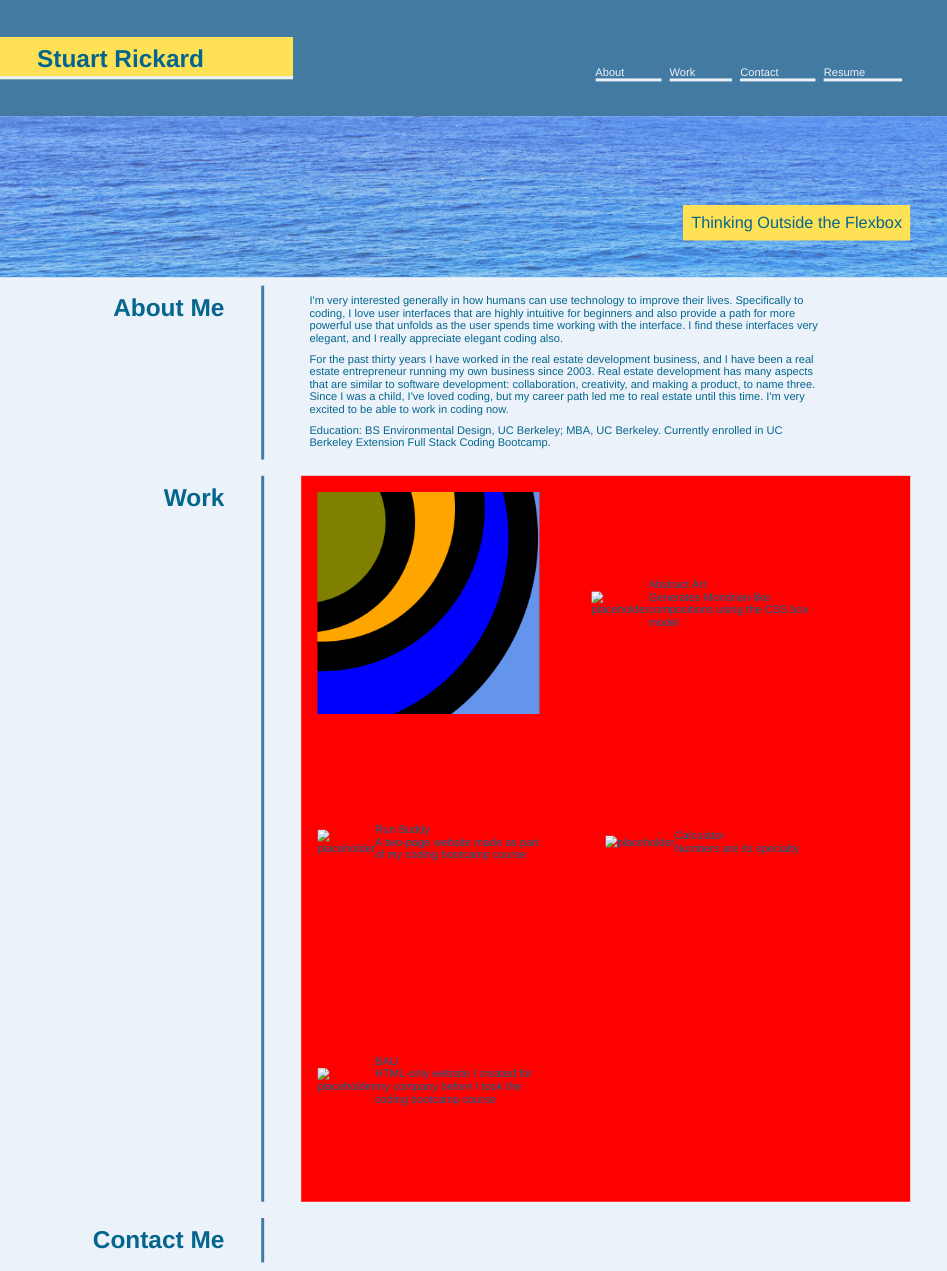
Repository: stuart-rickard/srport
Page: index.html
The author's editor kept a copy of each file at every save. The page is drawn from the files as they stood at one save, then again after the next save.
The browser window is 1280 px wide. The pictures show the whole page, at 74% of full size.
Backgrounds fixed to the window are drawn as part of the page.

Above is the page before, as saved 2021-11-12 16:53:53.

After the next save:
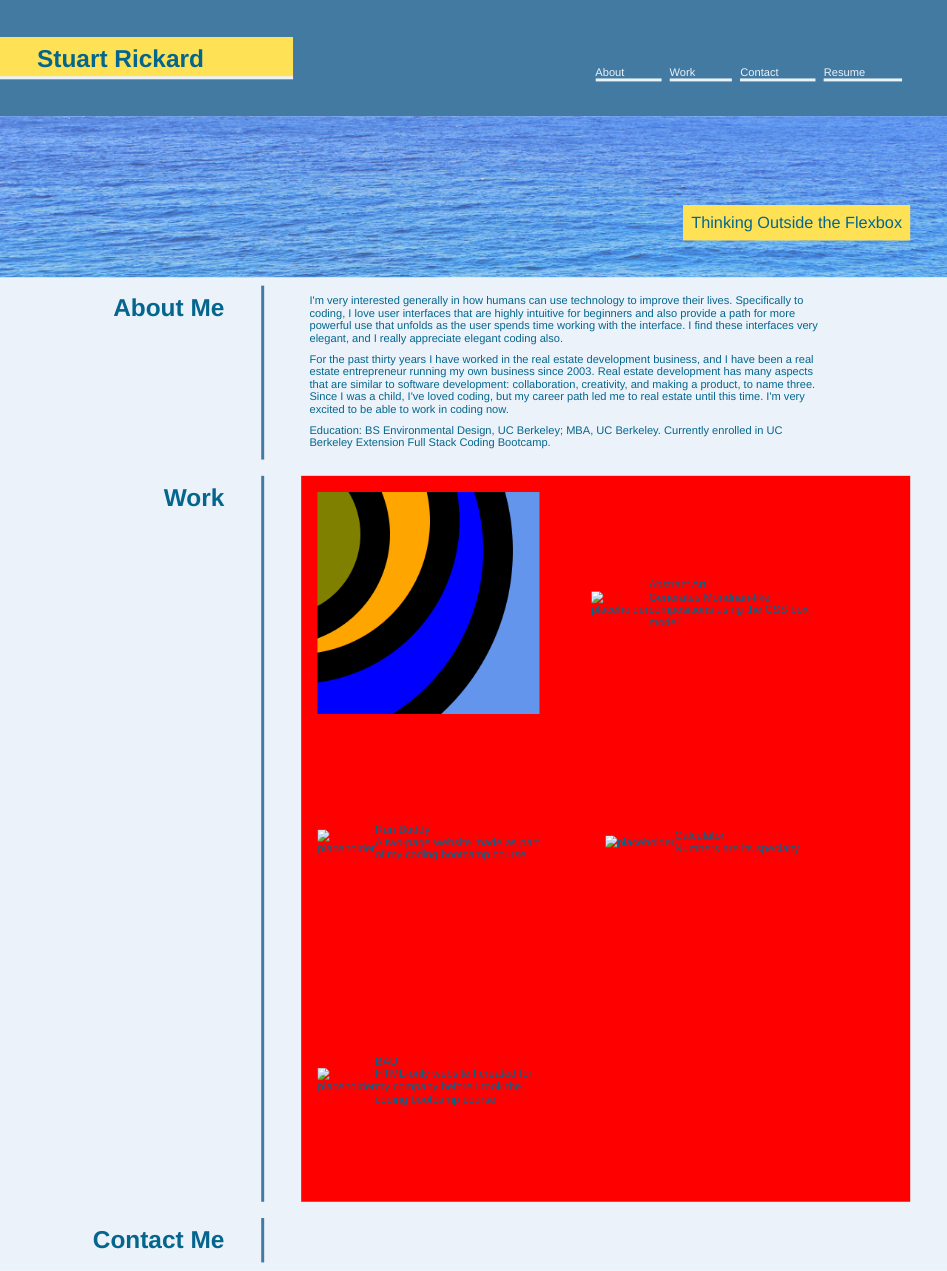
Saved 11 min 20 s later.
--- a/index.html
+++ b/index.html
@@ -42,10 +42,10 @@
           <article class=work-card>
             <a href="https://stuart-rickard.github.io/sandbox/circles/">
               <img id=circles src="assets/images/circles.png" alt="placeholder">
-              <div>circles
-                <p>Uses the CSS box model to rotate concentric circles within one another</p>
-              </div>
             </a>
+            <div>circles
+              <p>Uses the CSS box model to rotate concentric circles within one another</p>
+            </div>
           </article>
           <article class=work-card>
             <img id=abstract-art src="#" alt="placeholder">
